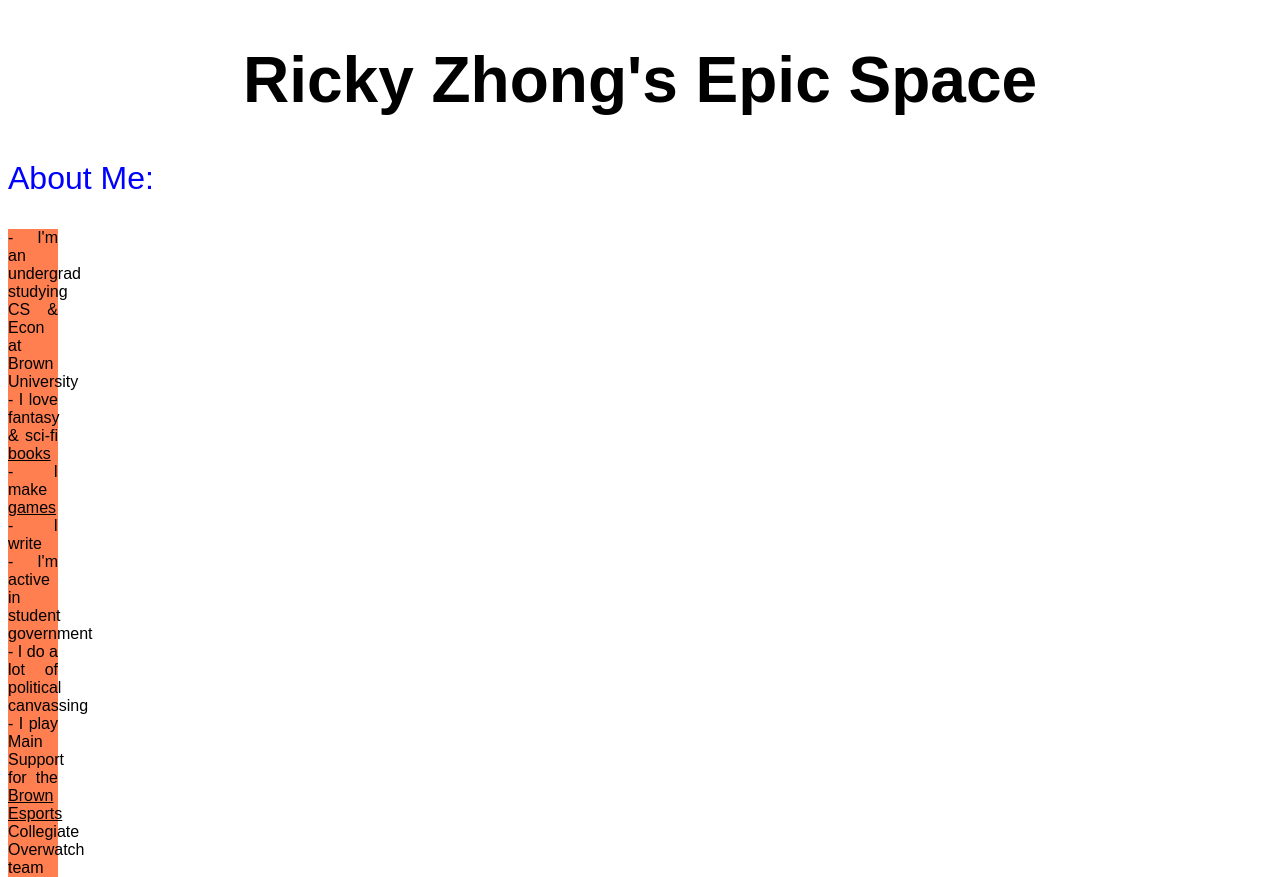
Repository: rickydaricky/rickydaricky.github.io
Page: index.html
An editor plug-in stored every save of this project. The page is shown before and after the next save, followed by the edit.
The browser window is 1280 px wide. The pictures show the whole page.

Above is the page before, as saved 2021-11-26 02:44:57.

After the next save:
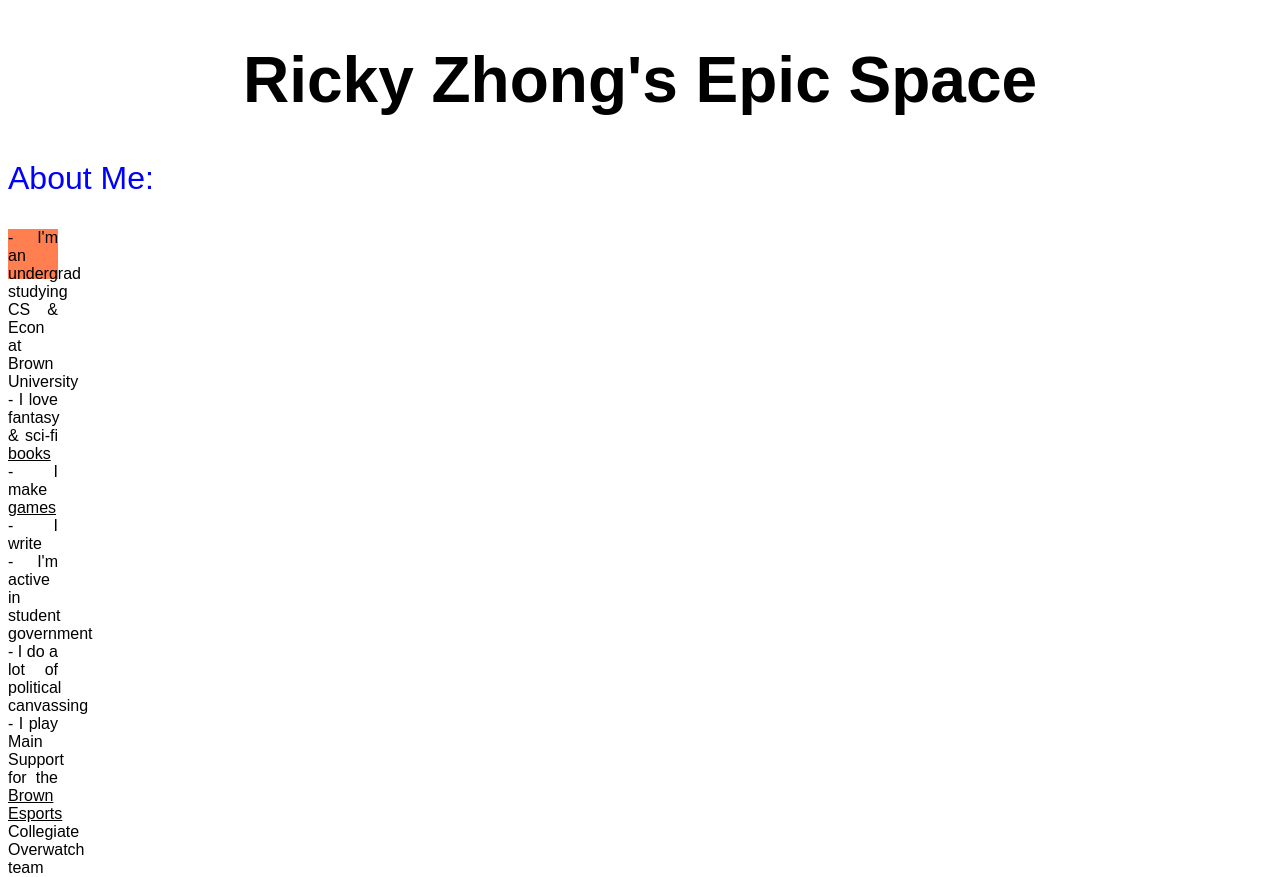
Saved 34 s later.
--- a/index.html
+++ b/index.html
@@ -12,7 +12,7 @@
     <h1 class="title">Ricky Zhong's Epic Space</h1>
     <p class="about">About Me:</p>
     <div class="square">
-      <p style="background-color: coral;">
+      <p>
         - I'm an undergrad studying CS & Econ at Brown University
         <br />
         - I love fantasy & sci-fi
